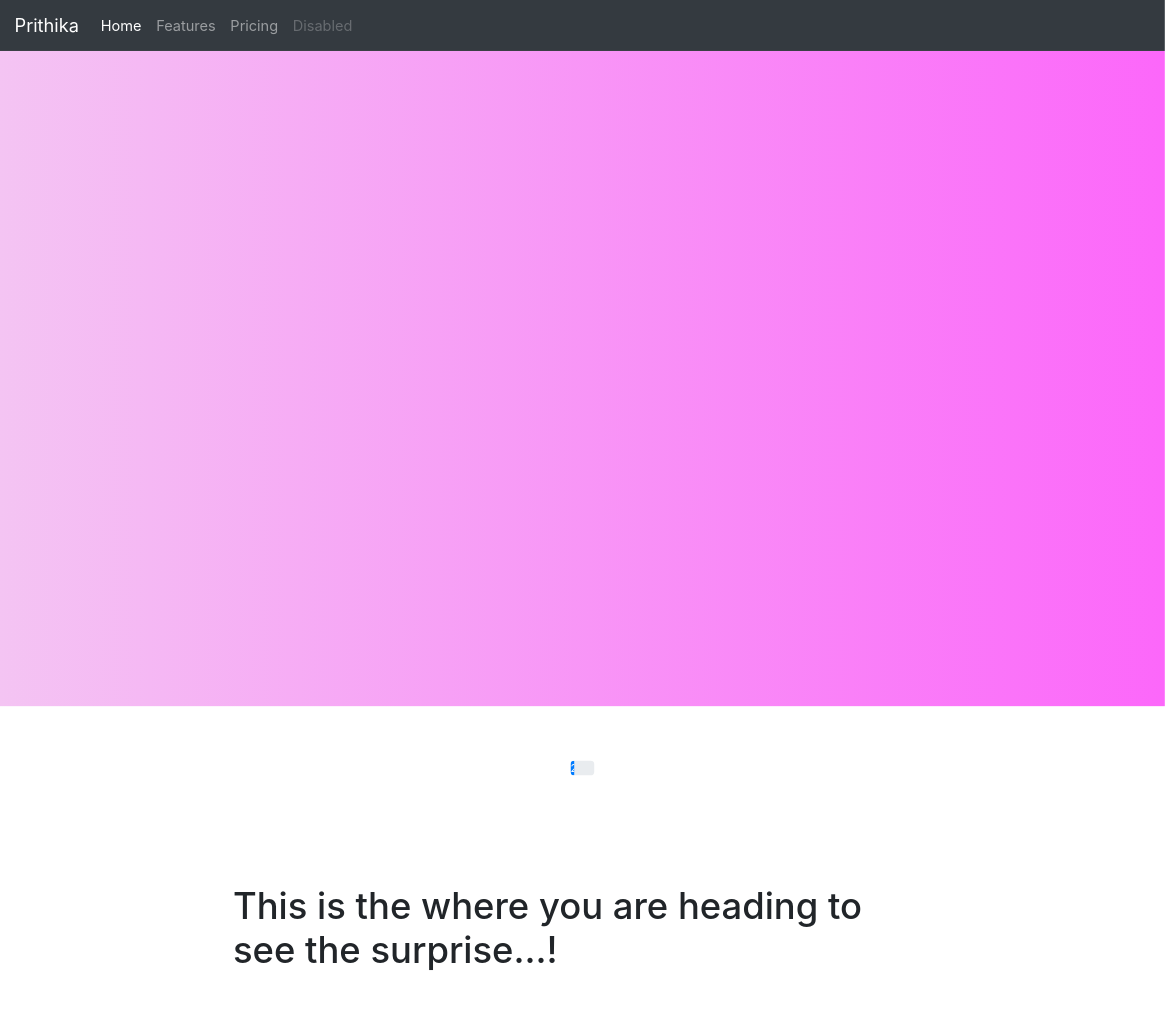
Repository: Imprasna/pritk
Page: index.html
An editor plug-in stored every save of this project. The page is shown before and after the next save, followed by the edit.
The browser window is 1280 px wide. The pictures show the whole page, at 91% of full size.

Above is the page before, as saved 2021-12-15 14:19:46.

After the next save:
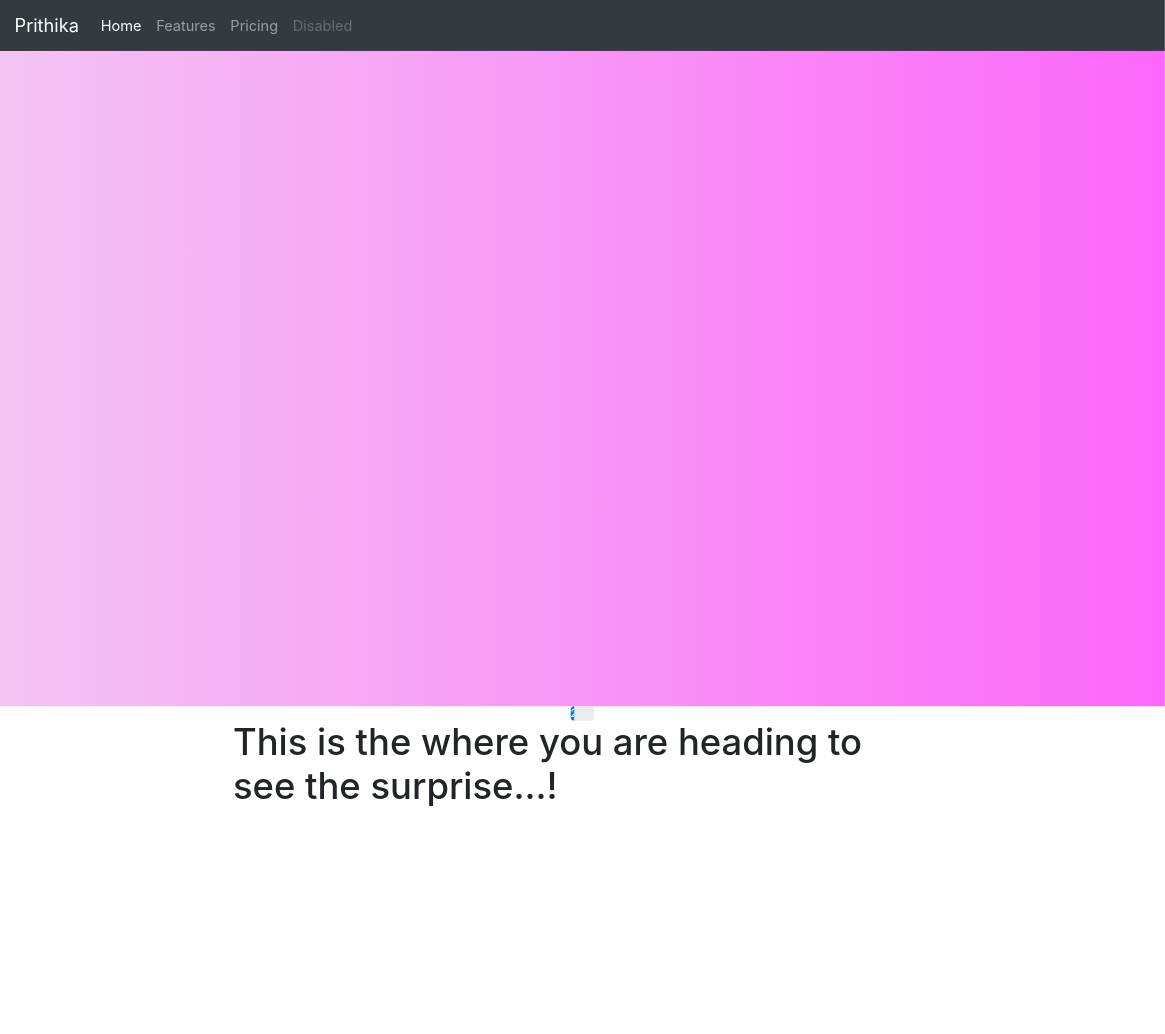
Saved 17 s later.
--- a/style.css
+++ b/style.css
@@ -21,6 +21,6 @@ html, body {
     width: 60%;
     margin: 0 auto;
     height: 50vh;
-    display: grid;
+    /* display: grid; */
     place-items: center;
 }
